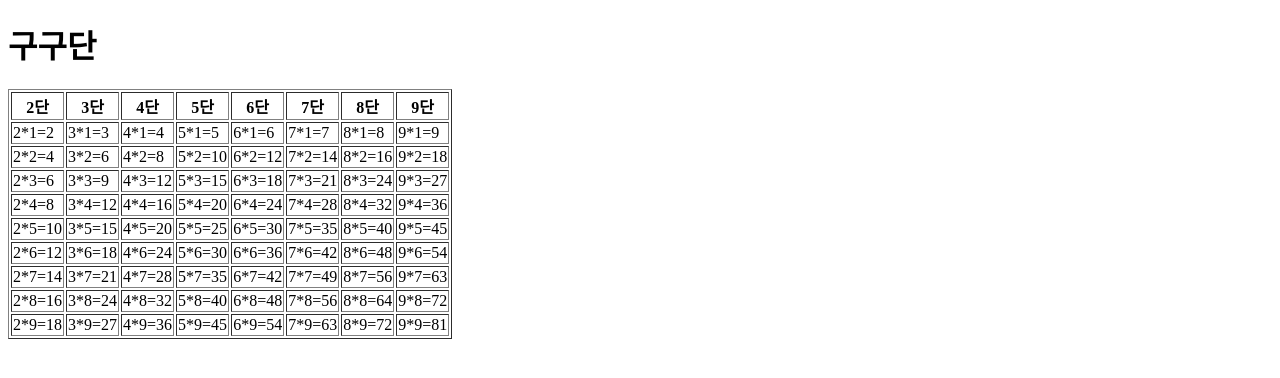
Repository: ohseung-web/Jsp2026
Page: http://localhost/chapter01/test02.jsp
An editor plug-in stored every save of this project. The page is shown before and after the next save, followed by the edit.
The browser window is 1280 px wide. The pictures show the whole page.
The page is served by Tomcat 9.

Above is the page before, as saved 2026-10-16 04:24:45.

After the next save:
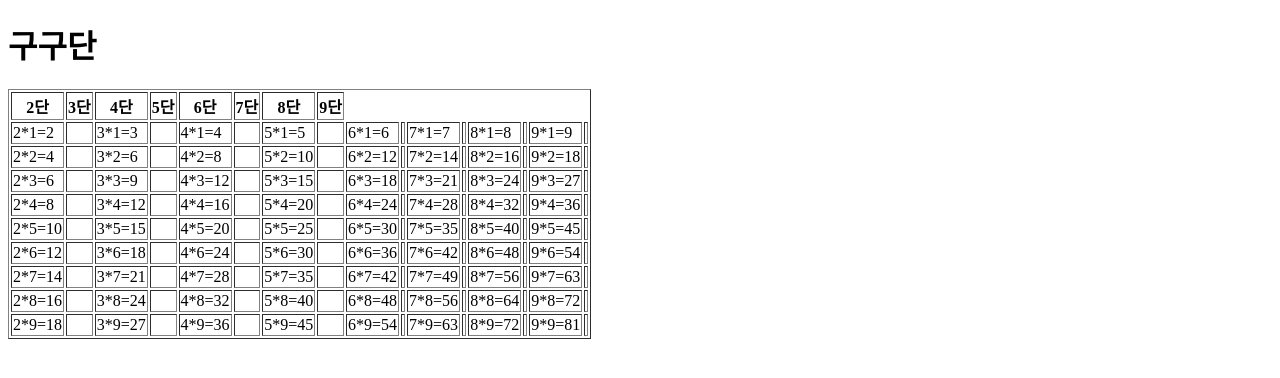
Saved 5 min 2 s later.
--- a/chapter01/src/main/webapp/test02.jsp
+++ b/chapter01/src/main/webapp/test02.jsp
@@ -21,7 +21,7 @@
 		<tr>
 			 <% for(int j=2; j<=9; j++){
 		%>
-		  	<td><%=j%>*<%=i%>=<%= i*j %></td>
+		  	<td><%=j%>*<%=i%>=<%= i*j %><td>
 		<% }%>
 		</tr>
 		<% } %>

After the save that followed:
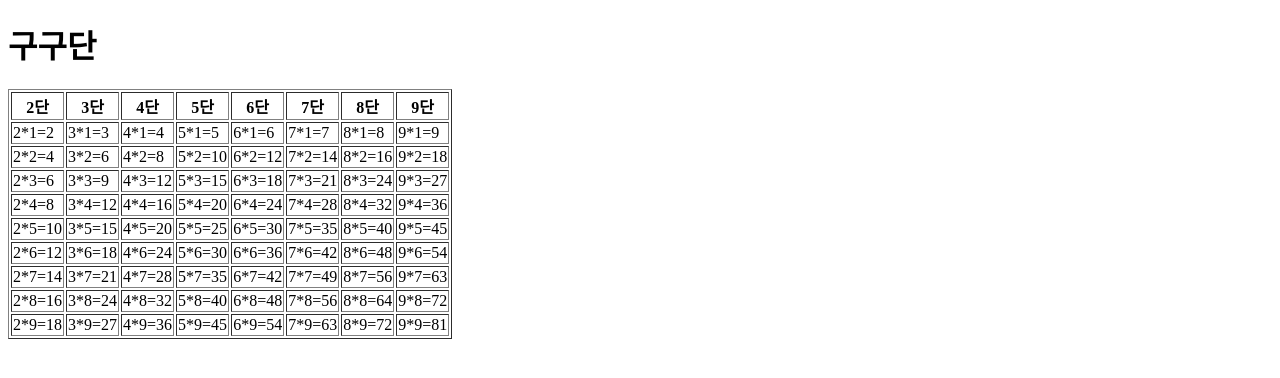
Saved 7 s later.
--- a/chapter01/src/main/webapp/test02.jsp
+++ b/chapter01/src/main/webapp/test02.jsp
@@ -21,7 +21,7 @@
 		<tr>
 			 <% for(int j=2; j<=9; j++){
 		%>
-		  	<td><%=j%>*<%=i%>=<%= i*j %><td>
+		  	<td><%=j%>*<%=i%>=<%= i*j %></td>
 		<% }%>
 		</tr>
 		<% } %>
